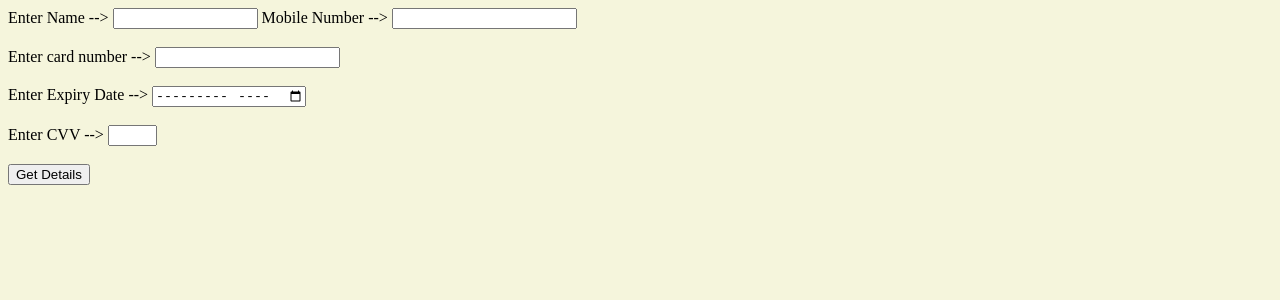
Repository: Amrinshaik/Day10
Page: CreditCardDetails/WebContent/creditCard.html
These files come from the project's save history. The page is drawn as it stood at one moment and after the next save; the edit follows.
The browser window is 1280 px wide. The pictures show the whole page.

Above is the page before, as saved 2018-09-06 09:25:17.

After the next save:
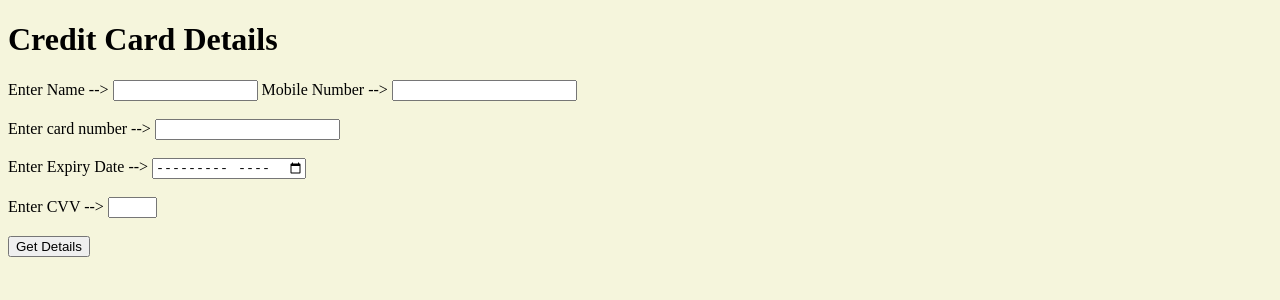
Saved 2 min 20 s later.
--- a/CreditCardDetails/WebContent/creditCard.html
+++ b/CreditCardDetails/WebContent/creditCard.html
@@ -3,7 +3,9 @@
 <head>
 <meta charset="ISO-8859-1">
 <title>Credit Card Details</title>
+
 </head>
+<h1>Credit Card Details</h1>
 <body bgcolor="beige">
 <form action="displaydetails"  method="post">
 
